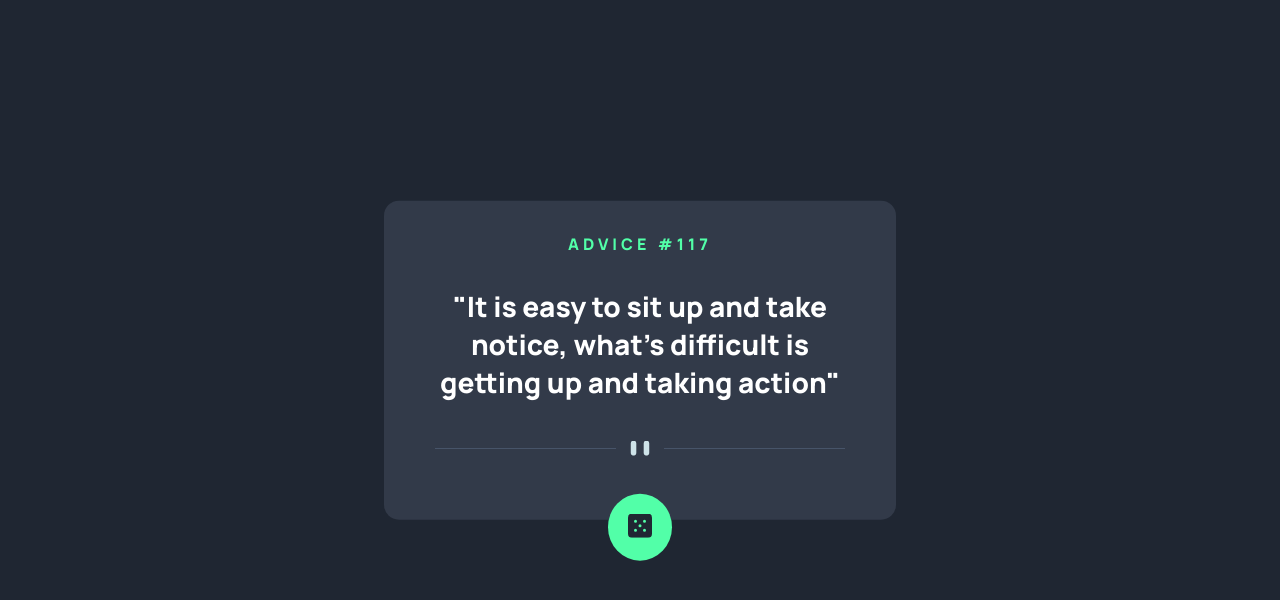
Repository: WindOfCodes/advice-generator-app
Page: index.html
An editor plug-in stored every save of this project. The page is shown before and after the next save, followed by the edit.
The browser window is 1280 px wide. The pictures show the whole page.

Above is the page before, as saved 2022-11-28 22:18:02.

### index.html
<!DOCTYPE html>
<html lang="en">
  <head>
    <meta charset="UTF-8" />
    <meta name="viewport" content="width=device-width, initial-scale=1.0" />
    <link
      href="https://fonts.googleapis.com/css2?family=Manrope:wght@800&display=swap"
      rel="stylesheet"
    />
    <link rel="stylesheet" href="/styles/main.css" />
  </head>
  <body>
    <div class="card">
      <span class="number">advice #117</span>
      <span class="quote">
        "It is easy to sit up and take notice, what's difficult is getting up and taking action"
      </span>
      <img class="line" src="./images/pattern-divider-desktop.svg" />
      <button class="dice">
        <img src="./images/icon-dice.svg" />
      </button>
    </div>
  </body>
</html>

### styles/main.css
/* <style>
.attribution { font-size: 11px; text-align: center; }
.attribution a { color: hsl(228, 45%, 44%); }
</style> */

/* Mobile: 375px
Desktop: 1440px */

/* $lightCyan : hsl(193, 38%, 86%);
$neonGreen: hsl(150, 100%, 66%);
$grayishBlue: hsl(217, 19%, 38%);
$darkGrayishBlue: hsl(217, 19%, 24%);
$darkBlue: hsl(218, 23%, 16%); */

body {
  font-family: "Manrope", sans-serif;
  font-weight: 800;
  background-color: hsl(218, 23%, 16%);
  font-size: 28px;
}

.card {
  background-color: hsl(217, 19%, 24%);
  width: 40%;
  min-height: 35%;
  display: flex;
  flex-direction: column;
  position: absolute;
  top: 50%;
  left: 50%;
  transform: translate(-50%, -50%);
  justify-content: center;
  align-items: center;
  margin: auto;
  border-radius: 15px;
}

.number {
  text-transform: uppercase;
  font-size: 16px;
  letter-spacing: 0.25rem;
  color: hsl(150, 100%, 66%);
  margin: 2rem 0;
}

.quote {
  color: white;
  max-width: 80%;
  text-align: center;
}

.line {
  margin: 2.5rem 0 4rem 0;
  width: 80%;
}

.dice {
  border: none;
  border-radius: 50%;
  background-color: hsl(150, 100%, 66%);
  padding: 20px;
  position: absolute;
  top: 92%;
}

.dice:hover {
  cursor: pointer;
}

After the next save:
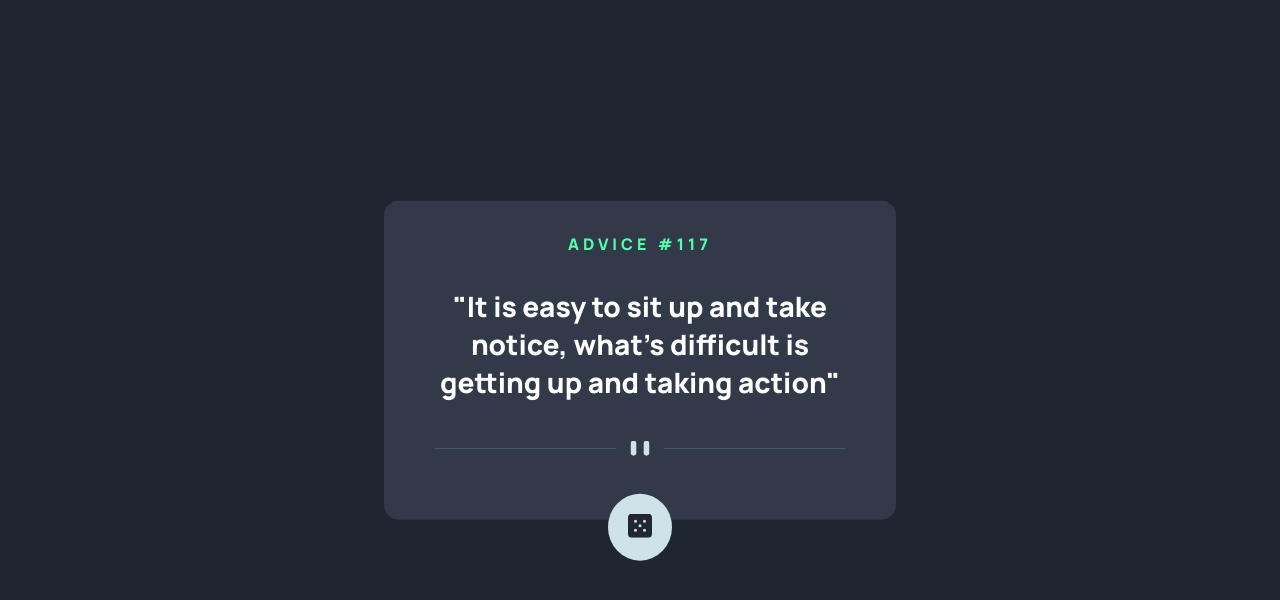
Saved 66 s later.
--- a/styles/main.css
+++ b/styles/main.css
@@ -57,7 +57,7 @@ body {
 .dice {
   border: none;
   border-radius: 50%;
-  background-color: hsl(150, 100%, 66%);
+  background-color: hsl(193, 38%, 86%);
   padding: 20px;
   position: absolute;
   top: 92%;
